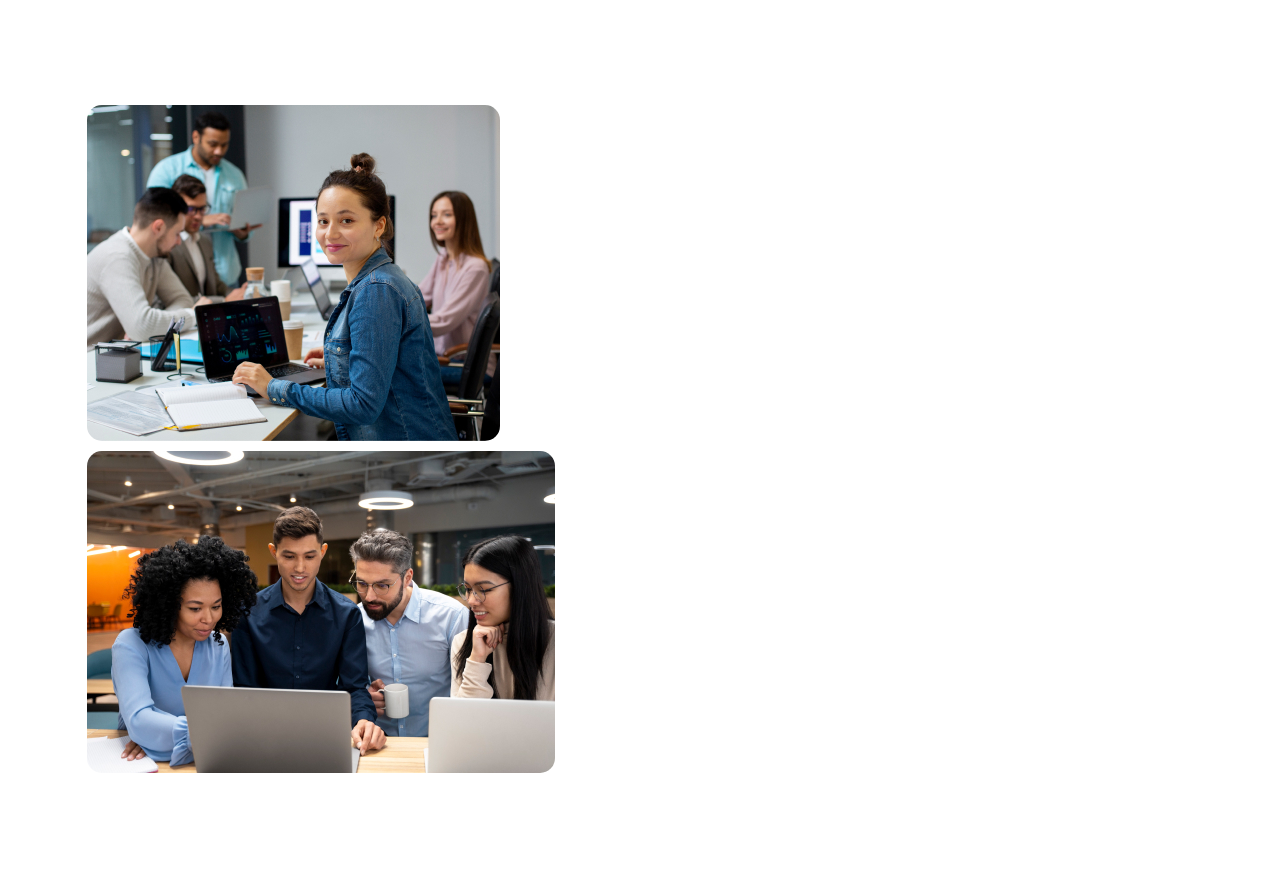
Repository: tagnam/mirehel2.0
Page: about.html
The author's editor kept a copy of each file at every save. The page is drawn from the files as they stood at one save, then again after the next save.
The browser window is 1280 px wide. The pictures show the whole page.

Above is the page before, as saved 2025-02-03 11:54:01.

After the next save:
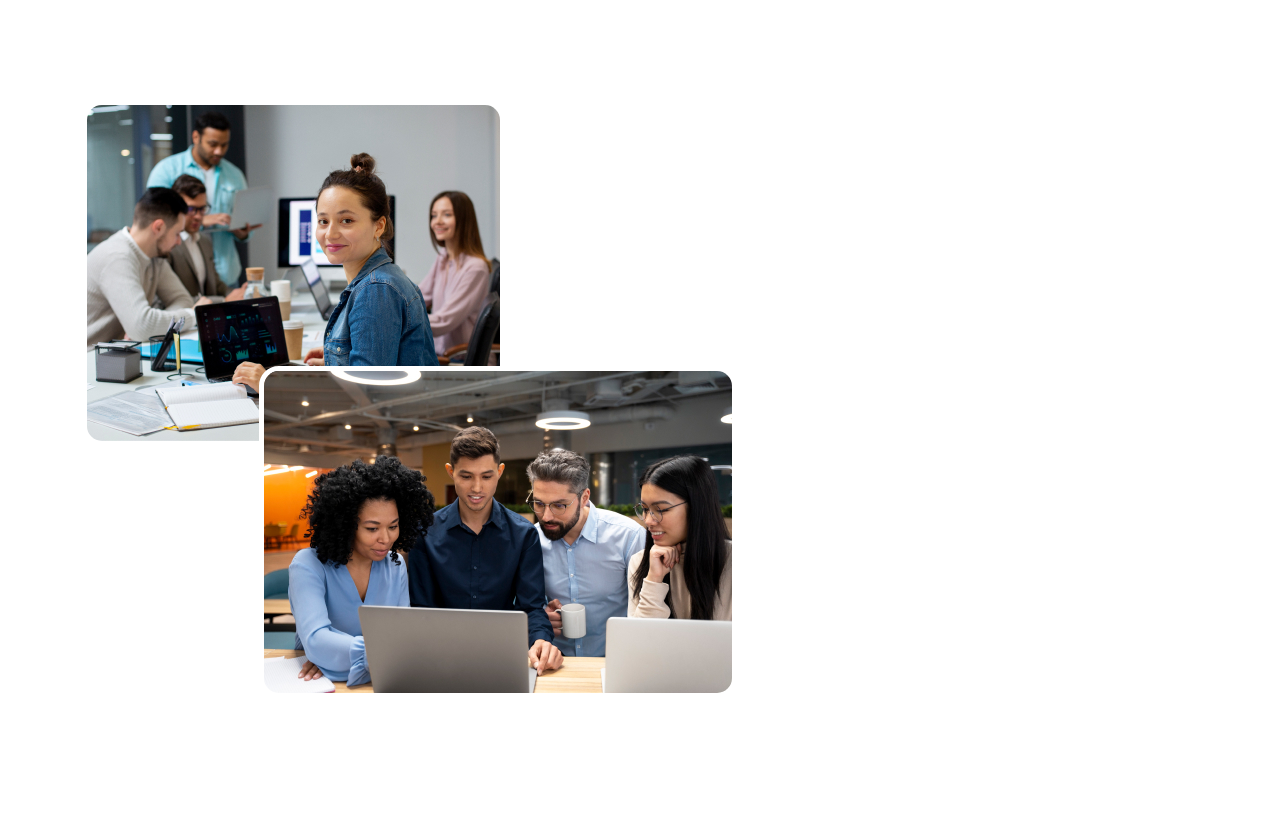
Saved 99 s later.
--- a/style/css/style.css
+++ b/style/css/style.css
@@ -447,5 +447,6 @@ linear-gradient(180deg, red 0%, #00000000 90.04%) border-box;
 }
 
 .A-image02{
-
-}
+    margin-top: -80px;
+    margin-left: 177px;
+}
